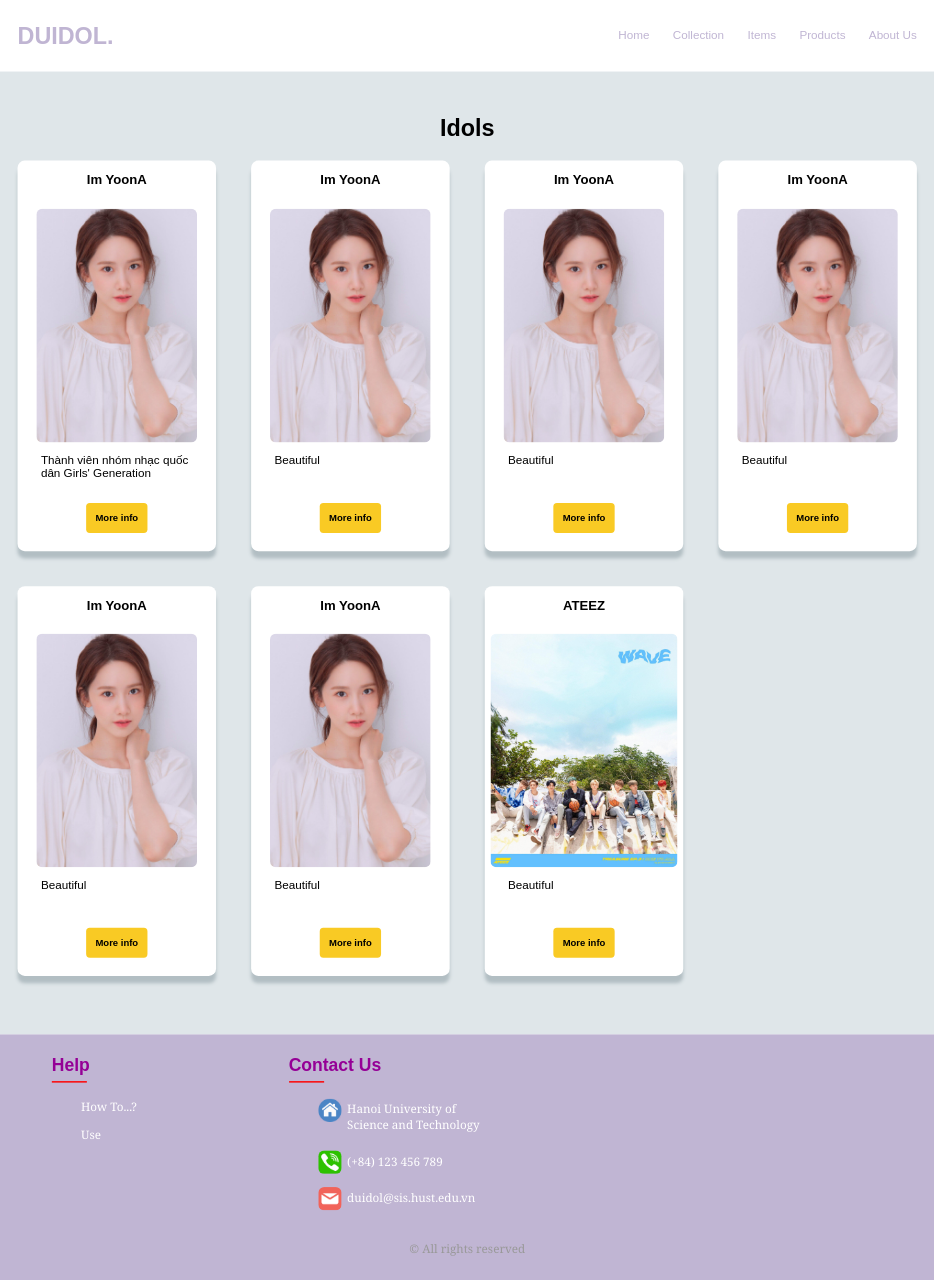
Repository: hangvtt183524/Cong_nghe_Web_va_dich_vu_truc_tuyen_20202
Page: ProjectWeb/src/View/html/idol_list.html
These files come from the project's save history. The page is drawn as it stood at one moment and after the next save; the edit follows.
The browser window is 1280 px wide. The pictures show the whole page, at 73% of full size.

Above is the page before, as saved 2021-05-06 16:06:22.

### ProjectWeb/src/View/html/idol_list.html
<html>
	<head>
		<title>Idol List</title>
		<link rel="stylesheet" href="../css/idol_list.css">
		<link rel="stylesheet" href="../css/welcome_page.css">
	</head>
	<body>
		<header>
			<a href="" class="logo">DUIDOL.</a>
            <ul class="navigation">
                <li><a href="">Home</a></li>
                <li><a href="">Collection</a></li>
                <li><a href="">Items</a></li>
                <li><a href="">Products</a></li>
                <li><a href="">About Us</a></li>
            </ul>
		</header>
		<section class="idol-list">
			<div>
				<h1 class="align-center">Idols</h1>
			</div>
			<div class="idol-container">
				<div class="card">
					<div class="name">Im YoonA</div>
					<div class="image">
						<img src="../image/yoona.jpg">
					</div>
					<div class="textblock">
					<div class="text">Thành viên nhóm nhạc quốc dân Girls' Generation</div>
					</div>
					<div>
						<div class="btnblock">
						<a href="../html/info.html" class="info-button">More info</a>
						</div>
					</div>
				</div>



				<div class="card">
					<div class="name">Im YoonA</div>
					<div class="image">
						<img src="../image/yoona.jpg">
					</div>
					<div class="textblock">
					<div class="text">Beautiful</div>
					</div>

					<div>
						<div class="btnblock">
						<a href="../html/info.html" class="info-button">More info</a>
						</div>
					</div>
				</div>



				<div class="card">
					<div class="name">Im YoonA</div>
					<div class="image">
						<img src="../image/yoona.jpg">
					</div>
					<div class="textblock">
					<div class="text">Beautiful</div>
					</div>
					<div>
						<div class="btnblock">
						<a href="../html/info.html" class="info-button">More info</a>
						</div>
					</div>
				</div>

				<div class="card">
					<div class="name">Im YoonA</div>
					<div class="image">
						<img src="../image/yoona.jpg">
					</div>
					<div class="textblock">
					<div class="text">Beautiful</div>
					</div>
					<div>
						<div class="btnblock">
						<a href="../html/info.html" class="info-button">More info</a>
						</div>
					</div>
				</div>

				<div class="card">
					<div class="name">Im YoonA</div>
					<div class="image">
						<img src="../image/yoona.jpg">
					</div>
					<div class="textblock">
					<div class="text">Beautiful</div>
					</div>
					<div>
						<div class="btnblock">
						<a href="../html/info.html" class="info-button">More info</a>
						</div>
					</div>
				</div>

				<div class="card">
					<div class="name">Im YoonA</div>
					<div class="image">
						<img src="../image/yoona.jpg">
					</div>
					<div class="textblock">
					<div class="text">Beautiful</div>
					</div>
					<div>
						<div class="btnblock">
						<a href="../html/info.html" class="info-button">More info</a>
						</div>
					</div>
				</div>

				<div class="card">
					<div class="name">ATEEZ</div>
					<div class="image">
						<img src="../image/ateez-list.jpg">
					</div>
					<div class="textblock">
					<div class="text">Beautiful</div>
					</div>
					<div>
						<div class="btnblock">
						<a href="../html/info.html" class="info-button">More info</a>
						</div>
					</div>
				</div>

			</div>
		</section>
		<footer>
			<div class="container">
				<div class="row">
					<div class="footer-col">
						<h4>Help</h4>
						<ul>
							<li><a href="">How to...?</a>
							<li><a href="">Use</a>
						</ul>
					</div>
					<div class="footer-col">
						<h4>Contact us</h4>
						<ul>
							<li><img src="../image/address_icon.jpg">
							<p>Hanoi University of <br>Science and Technology</p>
							<li><img src="../image/phone_icon.png">
							<p>(+84) 123 456 789</p>
							<li><img src="../image/mail_icon.png">
							<p>duidol@sis.hust.edu.vn</p>
						</ul>
					</div>
				</div>
				<div class="copyrightText"><p>© All rights reserved</p></div>
			</div>
		</footer>
	</body>
</html>

### ProjectWeb/src/View/css/idol_list.css
body {
    font-family: sans-serif;
    margin: 0;
}

.idol-list {
	background-color:#dfe6e9;
	padding-bottom: 5em;
    align-items: center;
    padding-top: 2em;
}

h1 {
	font-size: 2em;
	font-weight: bold;
}
.idol-list .card {
	background-color: white;
	width: 16em;

	margin: auto;
	border-radius: 10px;
	padding: 1em;
	box-shadow: 0px 10px 5px #b2bec3;
	text-align: center;
	font-family: sans-serif;
	max-width: 75%;
	padding-bottom: 30px;
}
.idol-list .card:hover {
	box-shadow: 15px 15px 15px #b2bec3;
	background: #FFEAFF;
}
.card .name {
	font-size: 18px;
	font-weight: bold;
	padding-bottom: 0.7em;
}

.card .image {
	margin-top: 1em;
	width: 100%;
    height: 20em;
    position: relative;
}
.card .image img {
	max-height: 100%;
	border-radius: 0.5em;
	object-fit: cover;
	position: absolute;
	top: 50%;
    transform: translate(-50%, -50%);
}

.card .textblock {
	height: 4em;
	margin-left: 1em;
	margin-right: 1em;
	margin-top: 1em;
	margin-bottom: 0.5em;
}

.card .textblock .text {
	text-align: left;
	font-size: 1rem;
}

.card .btnblock {
	margin-top: 1em;
	margin-bottom: 0.5em;
}

.info-button {
	background-color: #f9ca24;
	color: black;
	border: none;
	padding: 1em;
	border-radius: 5px;
	font-weight: bold;
	font-size: 13px;
	text-decoration: none;
}

.info-button:hover {
	box-shadow: 0px 5px 5px #b2bec3;
	color: #eb4db4;
}

.idol-container {
	display: grid;
	grid-template-columns: repeat(4, 1fr);
	grid-row-gap: 3em;
}

.align-center {
	text-align: center;
}

footer {
	background-color: #c0b5d3;
	padding-top: 1em;
	padding-bottom: 1em;
}

footer .container {
	max-width: 1170px;
	margin: auto;
}

.footer-col {
	width: 25%;
	padding: 0 1em;
}
.footer-col h4 {
	font-size: 1.5em;
	color: #950096;
	text-transform: capitalize;
	position: relative;
	margin-top: 0.5em;
}

.footer-col h4::before {
	content: '';
	position: absolute;
	left: 0;
	bottom: -10px;
	height: 2px;
	background-color: red;
	box-sizing: border-box;
	width: 2em;
}

.footer-col li {
	display: flex;
	margin-bottom: 0.5em;
}
.footer-col ul li a {
	color: white;
	text-transform: capitalize;
	text-decoration: none;
	font-family: Cambria;
	font-size: 1em;
	margin-bottom: 0.5em;
	display: block;
}


.footer-col ul li a:hover {
	color: #700470;
	padding-left: 1em;

}

.footer-col p {
	margin-top: 0.2em;
	font-size: 1em;
	font-family: Cambria;
	color: white;
}
.footer-col img {
	border-radius: 0.5em;
	max-height: 2em;
	margin-right: 0.5em;
}

ul {
	list-style: none;
}

footer .container .h3 {
	color: white;
}

.container .row {
	display: flex;
	flex-wrap: wrap;
}

.copyrightText {
	width: 100%;
	color: #999;
	text-align: center;
	font-family: Cambria;
}

@media only screen and (max-width: 991px){
	.idol-container {
		grid-template-columns: 1fr;
	}
	.card {
        width: 25em;
    }
    .album .image {
        height: 25em;
    }
}

### ProjectWeb/src/View/css/welcome_page.css

body {
    margin: 0;
    font-family: sans-serif;
}
.bg {
    display: grid;
    grid-template-columns: 2fr 1fr;
    background-color: #c0b5d3;
}
.bg2 img {
    width: 100%;
}
.bg1 {
    display: flex;
    justify-content: center;
    align-items: center;
}
.bg1-1 h2 {
    font-size: 5rem;
    line-height: 0.1em;
    font-family: sans-serif;
    color: white;
    position: relative;
    z-index: 1;
}
.bg1-1 h2::before {
    content: ' ';
    position: absolute;
    width: 2.5em;
    height: 0.25em;
    background: #ab91d8;
    bottom: -35;
    z-index: -1;
    margin-left: -0.9em;
}
.bg1-1 p {
    font-size: 3rem;
    color: white;
    position: relative;
    z-index: 1;
}
.bg1-1 p::before {
    content: ' ';
    position: absolute;
    width: 2.5em;
    height: 0.3em;
    background: #ab91d8;
    bottom: 0;
    z-index: -1;
    margin-left: 10em;
}
.bg1-1 p span {
    font-size: 1.5rem;
    display: block;
    font-weight: 500;
}
header {
    background-color: white;
    padding: 1.5em;
    display: flex;
    justify-content: space-between;
    align-items: center;
}
.logo {
    font-weight: bold;
    text-decoration: none;
    font-size: 2em;
    color: #c0b5d3;
}
.navigation {
    display: flex;
    position: relative;
}
.navigation li {
    list-style: none;
    margin-left: 2em;
}
.navigation li a {
    text-decoration: none;
    font-size: 1em;
    color: #c0b5d3;
}

After the next save:
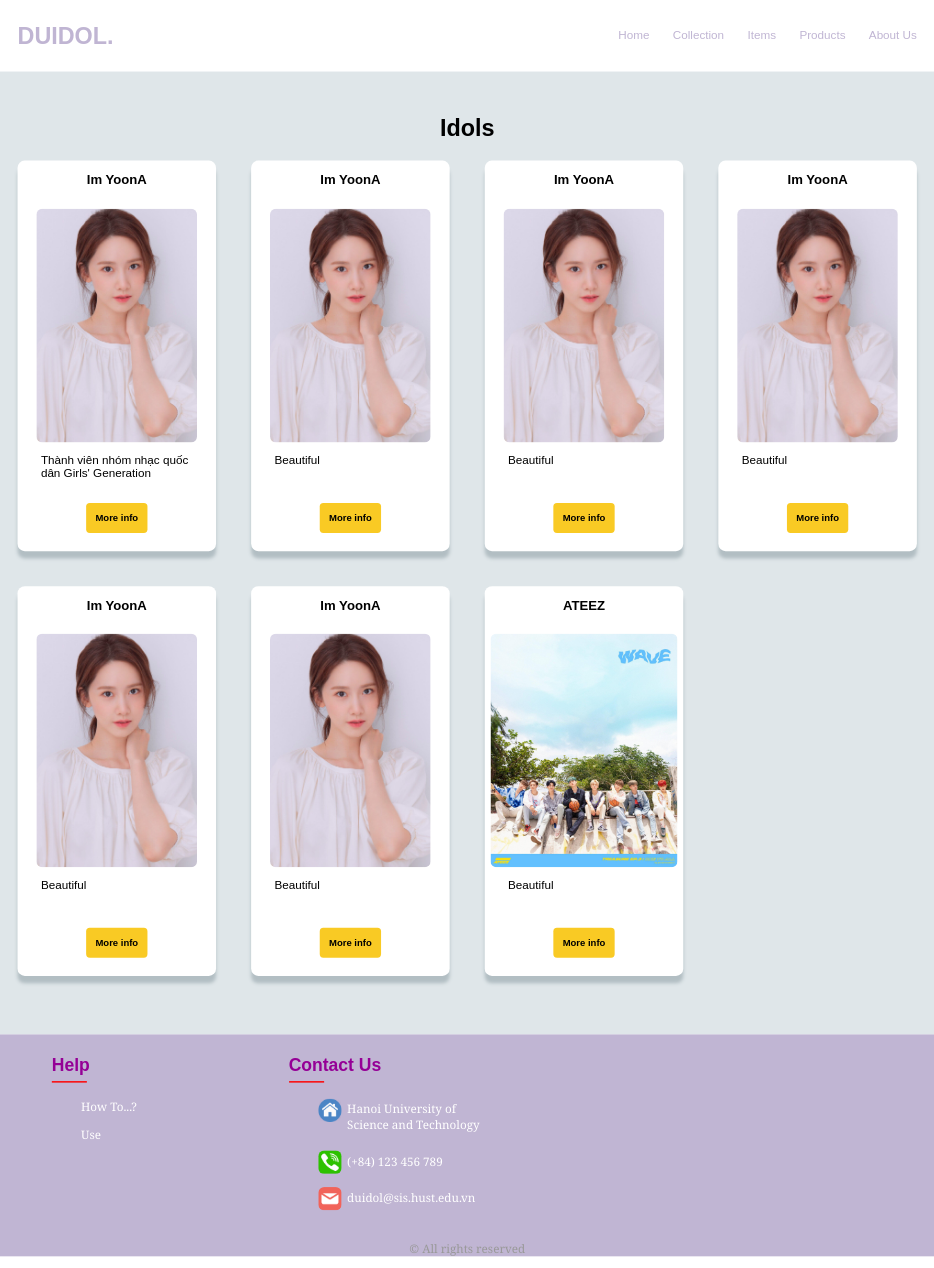
Saved 7 s later.
--- a/ProjectWeb/src/View/css/idol_list.css
+++ b/ProjectWeb/src/View/css/idol_list.css
@@ -99,7 +99,7 @@
 footer {
 	background-color: #c0b5d3;
 	padding-top: 1em;
-	padding-bottom: 1em;
+
 }
 
 footer .container {

After the save that followed:
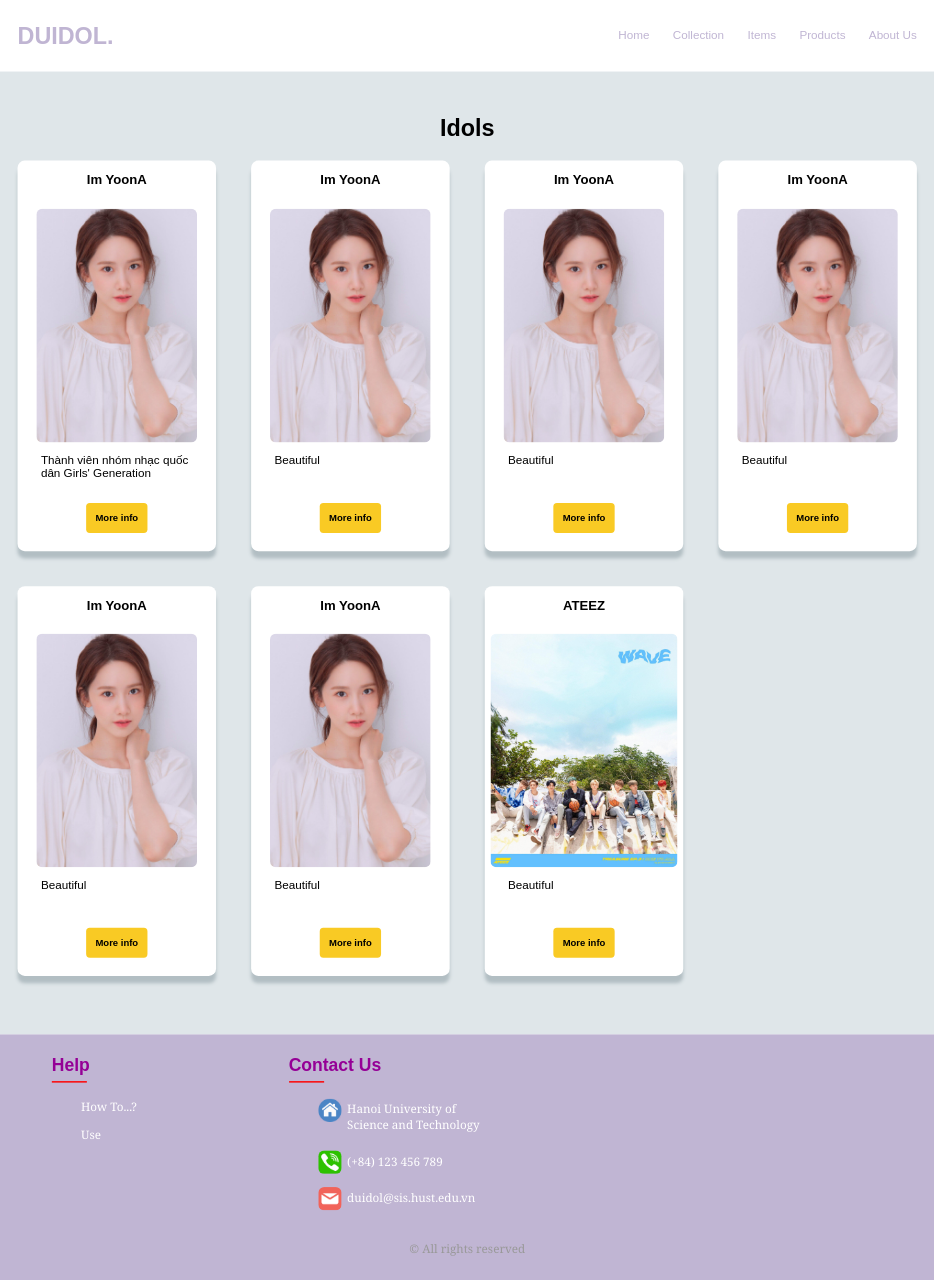
Saved 25 s later.
--- a/ProjectWeb/src/View/css/idol_list.css
+++ b/ProjectWeb/src/View/css/idol_list.css
@@ -98,8 +98,7 @@
 
 footer {
 	background-color: #c0b5d3;
-	padding-top: 1em;
-
+	padding: 1em 0;
 }
 
 footer .container {
